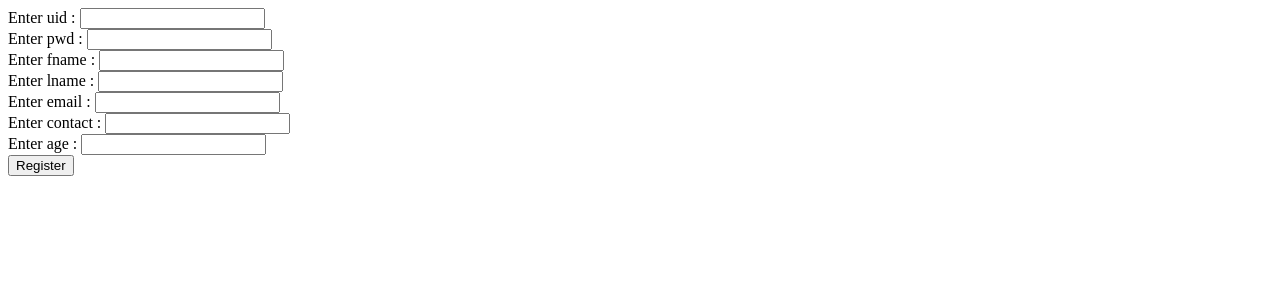
Repository: ANIKETKHAVNEKAR/AdvanceJavaMyPractice
Page: http://localhost/ScriptlessJSP/register.jsp
The author's editor kept a copy of each file at every save. The page is drawn from the files as they stood at one save, then again after the next save.
The browser window is 1280 px wide. The pictures show the whole page.
The page is served by Tomcat 9. Other server files are loaded and not shown.

Above is the page before, as saved 2023-06-21 16:25:39.

### demo/Adv Java Workspace-Mar 23/ScriptlessJSP/src/main/webapp/register.jsp
<%@ page language="java" contentType="text/html; charset=ISO-8859-1"
    pageEncoding="ISO-8859-1"%>
<!DOCTYPE html>
<html>
<head>
<meta charset="ISO-8859-1">
<title>Insert title here</title>
</head>
<body>
	<form action="createBean.jsp" >
		Enter uid : <input type="text" name="uid" />
		<br/>
		Enter pwd : <input type="text" name="pwd" />
		<br/>
		Enter fname : <input type="text" name="fname" />
		<br/>
		Enter lname : <input type="text" name="lname" />
		<br/>
		Enter email : <input type="text" name="email" />
		<br/>
		Enter contact : <input type="text" name="contact" />
		<br/>
		Enter age : <input type="number" name="age" />
		<br/>
		<input type="submit" value="Register" />
	</form>
</body>
</html>

After the next save:
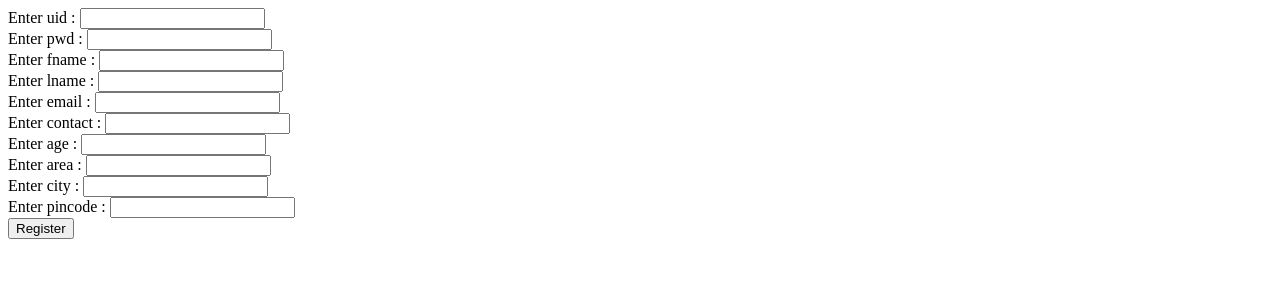
Saved 74 s later.
--- a/demo/Adv Java Workspace-Mar 23/ScriptlessJSP/src/main/webapp/register.jsp
+++ b/demo/Adv Java Workspace-Mar 23/ScriptlessJSP/src/main/webapp/register.jsp
@@ -22,6 +22,12 @@
 		<br/>
 		Enter age : <input type="number" name="age" />
 		<br/>
+		Enter area : <input type="text" name="area" />
+		<br/>
+		Enter city : <input type="text" name="city" />
+		<br/>
+		Enter pincode : <input type="text" name="pincode" />
+		<br/>
 		<input type="submit" value="Register" />
 	</form>
 </body>
